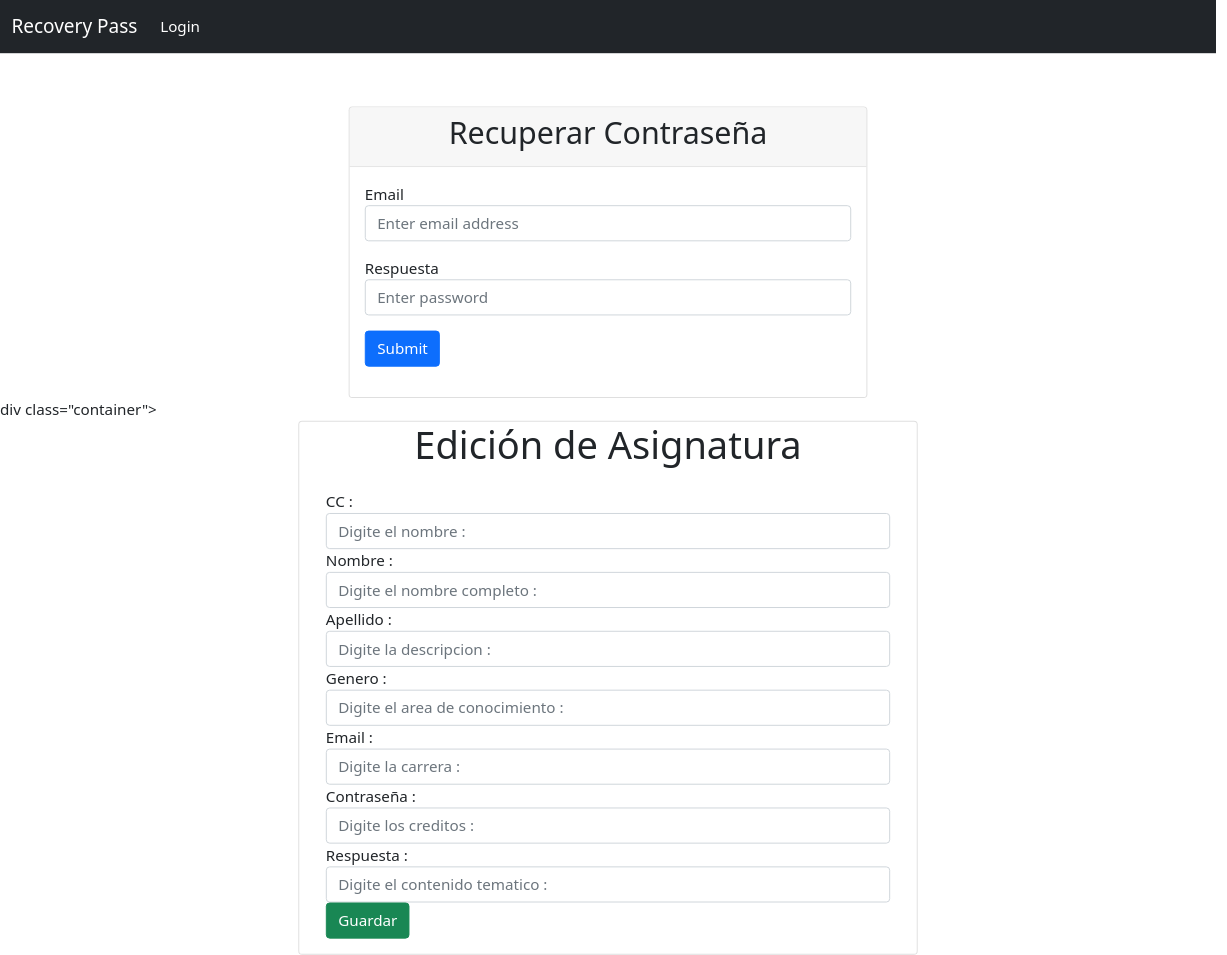
Repository: HennysTous/SpringBoot-MVC-API
Page: http://localhost/recoverypass
These files come from the project's save history. The page is drawn as it stood at one moment and after the next save; the edit follows.
The browser window is 1280 px wide. The page is 1292 px wide, then 1280 px, so the pictures cover 1292 px, including what lies to the right of the window. The pictures show the whole page, at 95% of full size.
The page is this project's Thymeleaf template; nobody is signed in. The template is opened directly, without the code that normally fills it, so the values that code supplies are empty.

Above is the page before, as saved 2023-07-10 19:22:21.

### AsignaturasCRUDMVC/src/main/resources/templates/recoverypass.html
<!DOCTYPE html>
<html lang="en"
    xmlns:th="http://www.thymeleaf.org"
>
<head>
    <meta charset="UTF-8">
    <title>Recovery Pass</title>
    <link href="https://cdn.jsdelivr.net/npm/bootstrap@5.0.2/dist/css/bootstrap.min.css"
          rel="stylesheet"
          integrity="sha384-EVSTQN3/azprG1Anm3QDgpJLIm9Nao0Yz1ztcQTwFspd3yD65VohhpuuCOmLASjC"
          crossorigin="anonymous">
</head>
<body>
<nav class="navbar navbar-expand-lg navbar-dark bg-dark">
    <div class="container-fluid">
        <a class="navbar-brand" th:href="@{/recoverypass}">Recovery Pass</a>
        <button class="navbar-toggler" type="button" data-bs-toggle="collapse" data-bs-target="#navbarSupportedContent" aria-controls="navbarSupportedContent" aria-expanded="false" aria-label="Toggle navigation">
            <span class="navbar-toggler-icon"></span>
        </button>
        <div class="collapse navbar-collapse" id="navbarSupportedContent">
            <ul class="navbar-nav me-auto mb-2 mb-lg-0">
                <li class="nav-item">
                    <a class="nav-link active" aria-current="page" th:href="@{/login}">Login</a>
                </li>
            </ul>
        </div>
    </div>
</nav>
<br /><br />
<div class="container">
    <div class="row">
        <div class="col-md-6 offset-md-3">

            <div>
                <h1 th:text="${mensaje}"></h1>
            </div>

            <div class="card">
                <div class="card-header">
                    <h2 class="text-center">Recuperar Contraseña</h2>
                </div>
                <div class="card-body">
                    <form
                        method="post"
                        role="form"
                        th:action="@{/recuperar}"
                        class="form-horizontal"
                    >
                        <div class="form-group mb-3">
                            <label class="control-label"> Email</label>
                            <input
                                type="email"
                                id="email"
                                name="email"
                                class="form-control"
                                placeholder="Enter email address"
                            />
                        </div>

                        <div class="form-group mb-3">
                            <label class="control-label"> Respuesta</label>
                            <input
                                    type="text"
                                    id="respuesta"
                                    name="respuesta"
                                    class="form-control"
                                    placeholder="Enter password"
                            />
                        </div>
                        <div class="form-group mb-3">
                            <button type="submit" class="btn btn-primary" >Submit</button>
                        </div>
                    </form>
                </div>
            </div>
        </div>
    </div>

</div>
div class="container">
       <div class="row">
          <div class="col-lg-6 col-md-6 col-sm-6 container justify-content-center card">
              <h1 class="text-center">Edición de Asignatura</h1>
              <div class="card-body">
                 <form th:action="@{/recoverypass/usuario/{cc}(cc=${usuario.cc})}" th:object="${usuario}" method="POST">
                    <div class="form-group">
                       <label>CC : </label>
                       <input type="text" name="cc" th:field="*{cc}" class="form-control" placeholder="Digite el nombre : " required>
                    </div>

                    <div class="form-group">
                       <label>Nombre : </label>
                       <input type="text" name="nombre" th:field="*{nombre}" class="form-control" placeholder="Digite el nombre completo : " required>
                    </div>

                    <div class="form-group">
                       <label>Apellido : </label>
                       <input type="text" name="apellido" th:field="*{apellido}" class="form-control" placeholder="Digite la descripcion : " required>
                    </div>
                   <div class="form-group">
                       <label>Genero : </label>
                       <input type="text" name="genero" th:field="*{genero}" class="form-control" placeholder="Digite el area de conocimiento : " required>
                    </div>

                    <div class="form-group">
                       <label>Email : </label>
                       <input type="email" name="email" th:field="*{email}" class="form-control" placeholder="Digite la carrera : " required>
                    </div>

                    <div class="form-group">
                       <label>Contraseña : </label>
                       <input type="text" name="pass" th:field="*{pass}" class="form-control" placeholder="Digite los creditos : " required>
                    </div>
                    <div class="form-group">
                       <label>Respuesta : </label>
                       <input type="text" name="respuesta" th:field="*{respuesta}" class="form-control" placeholder="Digite el contenido tematico : " required>
                    </div>

                    <div class="box-footer">
                       <button class="btn btn-success">Guardar</button>
                    </div>
                 </form>
              </div>
          </div>
       </div>
    </div>
</body>
</html>

After the next save:
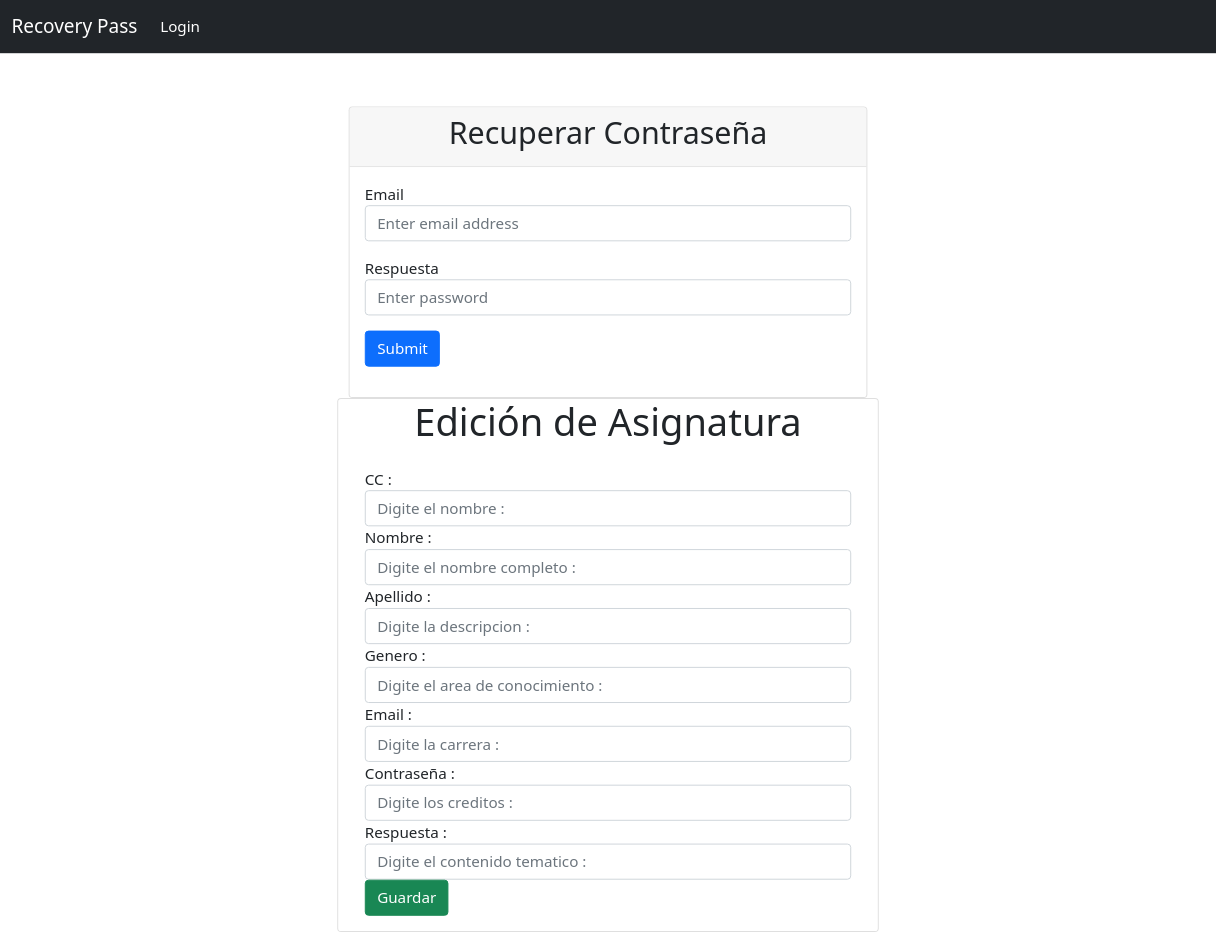
Saved 24 s later.
--- a/AsignaturasCRUDMVC/src/main/resources/templates/recoverypass.html
+++ b/AsignaturasCRUDMVC/src/main/resources/templates/recoverypass.html
@@ -77,7 +77,7 @@
     </div>
 
 </div>
-div class="container">
+<div class="container">
        <div class="row">
           <div class="col-lg-6 col-md-6 col-sm-6 container justify-content-center card">
               <h1 class="text-center">Edición de Asignatura</h1>
